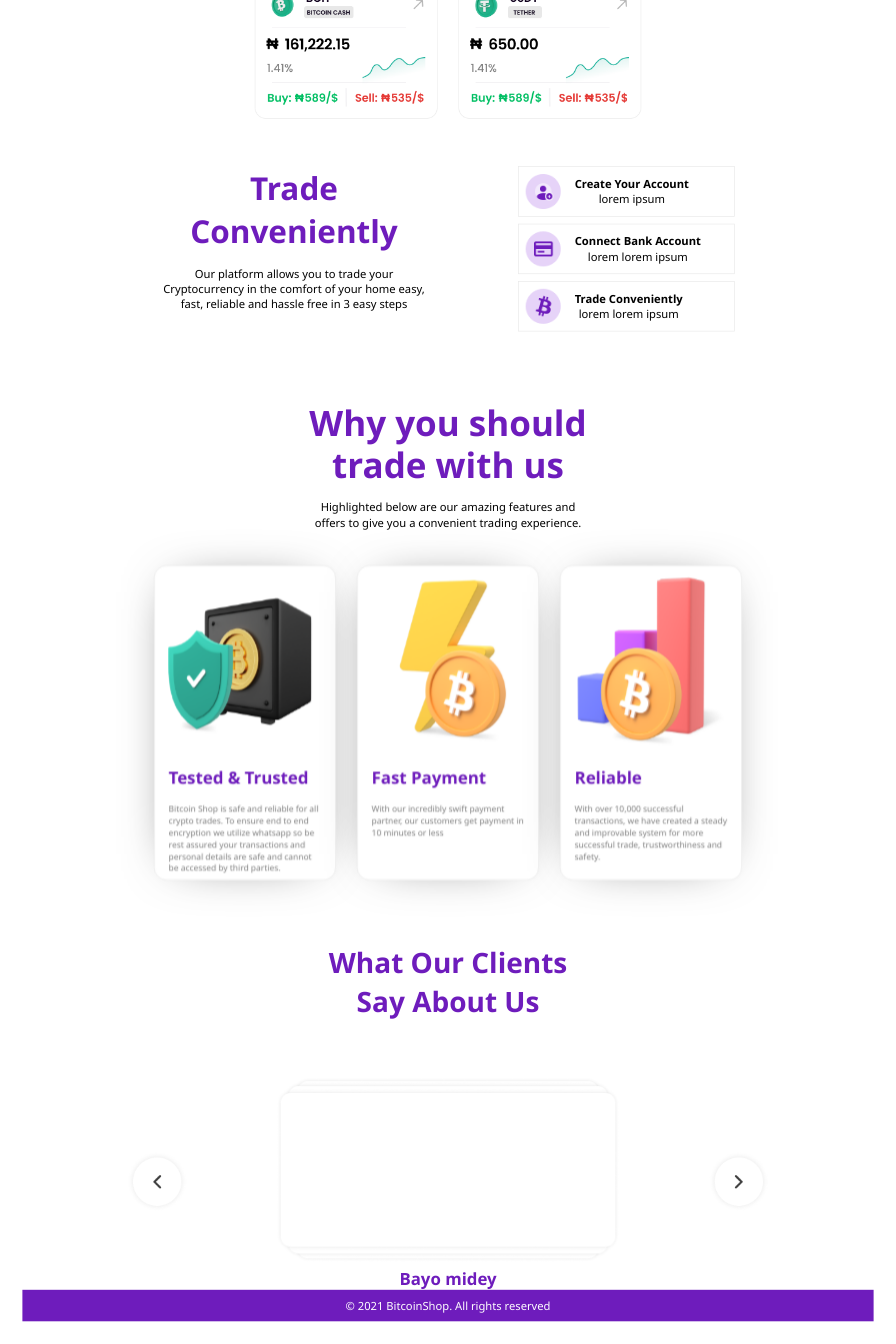
Repository: akinmiday/bitcoinshop-website
Page: /
These files come from the project's save history. The page is drawn as it stood at one moment and after the next save; the edit follows.
The browser window is 1280 px wide. The pictures show the part of the page from y = 861 to 2781 px (the page is 2781 px tall before and 2773 px after), at 70% of full size.
The project was rebuilt for these pictures with package versions that can differ from the ones it lists, and the page was loaded fresh each time. Also part of the build but not shown: vite.config.js.

Above is the page before, as saved 2023-07-10 20:16:57.

### src/App.jsx
import React from 'react'
import { Route, createBrowserRouter, RouterProvider, createRoutesFromElements } from "react-router-dom"
import './App.css'
import Layout from './components/layout'
import TitlePage from './pages/title'
import Rates from './pages/rates'



const router = createBrowserRouter(createRoutesFromElements(
  <Route path='/' element={<Layout />} >
    <Route index element={<TitlePage />} />
    <Route element={<Rates />} />

  </Route>
))

function App() {

  return (
    <RouterProvider router={router} />
  )
}

export default App

### src/index.css
*{
    margin: 0;
    padding: 0;
    box-sizing: border-box;
    font-family: 'Segoe UI', Tahoma, Geneva, Verdana, sans-serif ;
}

.header{
    display: flex;
    color:#6E1CBC;
    display: flex;
    align-items: center;
    border-bottom: #EAEAEA solid 1px;
    height: 60px;
    flex-shrink: 0;
    justify-content: space-between;
    padding: 20px;
}


.right-side-header{
    display: flex;
    align-items: center;
    font-weight: 500;
}

.right-side-header > img{
    padding: 10px;
    height: 44px;

}

.shop-logo{
    color:#FFCC00 ;
}


.middle-section-header {
    display: flex;
    justify-content: center;
    align-items: center;
    gap: 20px;
}

.right-side-header >button {
    background-color: #6E1CBC;
    color: #ffffff;
    padding: 5px 10px;
    border-radius: 8px;
}

.footer{
    background-color: #6E1CBC;
    color: #ffffff;
    display: flex;
    justify-content: center;
    align-items: center;
    margin-top: auto;
    flex-shrink: 0;
    height: 45px;
}

.title-section{
    display: flex;
    padding: 30px;
    height: 400px;
    justify-content: space-around;

}



.left-side-title{
    width: 450px;
    padding: 20px;
}

.left-side-title > h1{
    color: #6E1CBC;
    font-size: 62px;
    font-style: normal;
    font-weight: 700;
    line-height: 78px;


}

.left-side-title > p{
    font-size: 18px;
    padding: 20px 0;
}

.left-side-title >button{
    color: #ffffff;
    background-color: #6E1CBC;
    padding: 5px 10px;
    border-radius: 7px;
    text-align: center;
}

.rates-section{
    color: #6E1CBC;
    text-align: center;
    font-size: 26px;
}

.rates-section h1 {
    padding: 20px;
}

.rates-section img{
    height: 200px;
}


.top-row-rates-section {
    display: flex;
    justify-content: center;
    margin-bottom: 20px;
    gap: 30px;
  }

  .bottom-row-rates-section {
    display: flex;
    justify-content: center;
    gap: 30px;
  }

  .trade-section{
    margin-top: 30px;
    display: flex;
    justify-content: center;
    align-items: flex-start;
    gap: 110px;
    flex-shrink: 0;
    padding: 20px;
  }

  .left-trade-section{
    width: 400px;

  }

  .left-trade-section h1 {
    color: #6E1CBC;
    font-size: 45px;
    padding: 10px;
  }

  .left-trade-section p{
    padding: 10px;
  }

  .trade-link-section >div{
    display: flex;
    align-items: center;
    width: 310px;
    padding: 10px;
    margin: 10px;
    border: #EAEAEA 1px solid;
  }

  .trade-link-section > div >img{
    height: 50px;
    margin-right: 20px;
  }
  .trade-with-us{
    text-align: center;

    margin-top: 50px;
  }

  .trade-with-us-heading > h1{
    color: #6E1CBC;
    font-size: 50px;
    line-height: 60px;
    padding: 20px;
  }

  .trade-with-us-icon-section{
    display: flex;
    margin-top: 20px;
    padding-top: 30px;
    gap: 30px;
    justify-content: center;
    align-items: center;
    padding-bottom: 20px;
  }

  .trade-with-us-icon-section >div{
    border-radius: 18px;
    border: 1px solid #EAEAEA;
    background: #FFF;
    backdrop-filter: blur(100px);
    width: 260px;
    height: 450px;
    text-align: left;
    box-shadow: -2px 0px 74px -36px rgba(0,0,0,0.71);
    -webkit-box-shadow: -2px 0px 74px -36px rgba(0,0,0,0.71);
    -moz-box-shadow: -2px 0px 74px -36px rgba(0,0,0,0.71);
  }

  .trade-with-us-icon-section div >h2{
    color: #6E1CBC;
    padding: 20px;
  }

  .trade-with-us-icon-section div >p{
    padding: 0 20px;
    font-size: 12px;
    color: #808080;
  }

  .trade-with-us-icon-section img {
    width: 250px;
    height: 250px;
    margin-top: 10px;
  }

  .carousel-area{
    display: flex;
    align-items: center;
    justify-content: center;
    gap: 20px;
    margin-top: 60px;
  }

  .review-section{
    text-align: center;
    margin-top: 50px;
    color: #6E1CBC;
  }

  .review-section h1{
    font-size: 40px;
    padding: 20px;
  }

  .review-card{
    width: 70%;

  }

### src/components/layout.jsx
import React from "react";
import { Outlet } from "react-router-dom";
import Header from "./header";
import Footer from "./footer";
import Rates from "../pages/rates";


export default function Layout() {
    return (<>
        <Header />
        <main>
            <Outlet />
        </main>
        <Footer />
    </>)
}

### src/pages/title.jsx
import React from "react";
import groupIcons from "../assets/Group-icons-title.png"
import Rates from "./rates";
import TradeSection from "./tradeSection";
import TradeWithUs from "./tradewithus";
import Reviews from "./reviews";

export default function TitlePage() {
    return (<>
        <div className="title-section" >
            <div className="left-side-title" >
                <h1>Trade your Cryptocurrency</h1>
                <p>Best and reliable platform to trade over 100 cryptocurrencies for your local Fiat</p>
                <button>Get Started</button>
            </div>
            <img src={groupIcons} />
        </div>
        <Rates />
        <TradeSection />
        <TradeWithUs />
        <Reviews />
    </>
    )
}

### src/pages/rates.jsx
import React from "react";
import btcTrend from "../assets/bitcoin-trend-Item.png"
import ethTrend from "../assets/ETH-Trend-Item.png"
import bnbTrend from "../assets/BNB-Trend-Item.png"
import bchTrend from "../assets/BCH-Trend-Item.png"
import usdtTrend from "../assets/USDT-Trend-Item.png"

export default function Rates() {
    return (
        <div className="rates-section">
            <h1>We Offer Superb Rates</h1>
            <div className="top-row-rates-section">
                <div><img src={btcTrend} /></div>
                <div><img src={ethTrend} /></div>
                <div><img src={bnbTrend} /></div>
            </div>
            <div className="bottom-row-rates-section">
                <div><img src={bchTrend} /></div>
                <div><img src={usdtTrend} /></div>
            </div>
        </div>
    );
}

### src/components/header.jsx
import React from "react";
import logoImg from "../assets/bitcoinshop-logo.png"
import lightIcon from "../assets/Light-icon.png"


export default function Header() {
    return (<div className="header" >
        <div className="right-side-header" ><img src={logoImg} />
            <h4>Bitcoin<span className="shop-logo" >Shop</span></h4>
        </div>
        <div className="middle-section-header" >
            <h4>Home</h4>
            <h4>Contact us</h4>
            <h4>About us</h4>
            <h4>FAQs</h4>
            <h4>Terms of Service</h4>
        </div>
        <div className="right-side-header" >
            <img src={lightIcon} />
            <button>Trade now</button>
        </div>


    </div>)
}

### src/components/footer.jsx
import React from "react";

export default function Footer() {
    return (<>
        <div className="footer" >&#169; 2021 BitcoinShop. All rights reserved</div>
    </>)
}

### src/pages/tradeSection.jsx
import React from "react";
import profileIcon from "../assets/profile-icon.png"
import debitCardIcon from "../assets/debit-card-icon.png"
import bitcoinIcon from "../assets/bitcoin-icon.png"

export default function TradeSection() {
    return (
        <div className="trade-section">
            <div className="left-trade-section" >
                <h1>Trade Conveniently</h1>
                <p>Our platform allows you to trade your Cryptocurrency in the comfort of your home
                    easy, fast, reliable and hassle free in 3 easy steps
                </p>
            </div>
            <div className="trade-link-section" >
                <div>
                    <img src={profileIcon} />
                    <div>
                        <h4>Create Your Account</h4>
                        <p>
                            lorem ipsum
                        </p>
                    </div>
                </div>

                <div>
                    <img src={debitCardIcon} />
                    <div>
                        <h4>Connect Bank Account</h4>
                        <p>
                            lorem lorem ipsum
                        </p>
                    </div>
                </div>

                <div>
                    <img src={bitcoinIcon} />
                    <div>
                        <h4>Trade Conveniently</h4>
                        <p>
                            lorem lorem ipsum
                        </p>
                    </div>
                </div>
            </div>
        </div>
    )
}

### src/pages/tradewithus.jsx
import React from "react";
import securedIcon from "../assets/secured.png"
import fastPaymentIcon from "../assets/fast-payment.png"
import reliableIcon from "../assets/reliable.png"

export default function TradeWithUs() {
    return (
        <div className="trade-with-us" >
            <div className="trade-with-us-heading" >
                <h1>Why you should <br /> trade with us</h1>
                <p>Highlighted below are our amazing features and <br /> offers
                    to give you a convenient trading experience.
                </p>
            </div>
            <div className="trade-with-us-icon-section" >
                <div>
                    <img src={securedIcon} />
                    <h2>Tested & Trusted</h2>
                    <p>Bitcoin Shop is safe and reliable for all crypto trades. To ensure end to end encryption we utilize whatsapp
                        so be rest assured your transactions and personal details are safe and cannot be accessed by third parties.
                    </p>
                </div>
                <div>
                    <img src={fastPaymentIcon} />
                    <h2>Fast Payment</h2>
                    <p>With our incredibly swift payment partner, our customers get payment in 10 minutes or less</p>
                </div>
                <div>
                    <img src={reliableIcon} />
                    <h2>Reliable</h2>
                    <p>With over 10,000 successful transactions, we have created a steady and improvable system for more successful trade,
                        trustworthiness and safety.
                    </p>
                </div>
            </div>
        </div>
    )
}

### src/pages/reviews.jsx
import React from "react";
import reviewCard from "../assets/review-card.png"
import toRightIcon from "../assets/to-right-carousel.png"
import toLeftIcon from "../assets/to-left-carousel.png"

export default function Reviews() {
    return (
        <div className="review-section" >
            <h1>What Our Clients<br />Say About Us</h1>

            <div className="carousel-area" >
                <div>
                    <img src={toLeftIcon} />
                </div>
                <div>
                    <img className="review-card" src={reviewCard} />
                    <h2>Bayo midey</h2>
                </div>
                <div>
                    <img src={toRightIcon} />
                </div>
            </div>

        </div>
    )
}

Loaded but not shown: src/main.jsx (common file); src/App.css (common file)

After the next save:
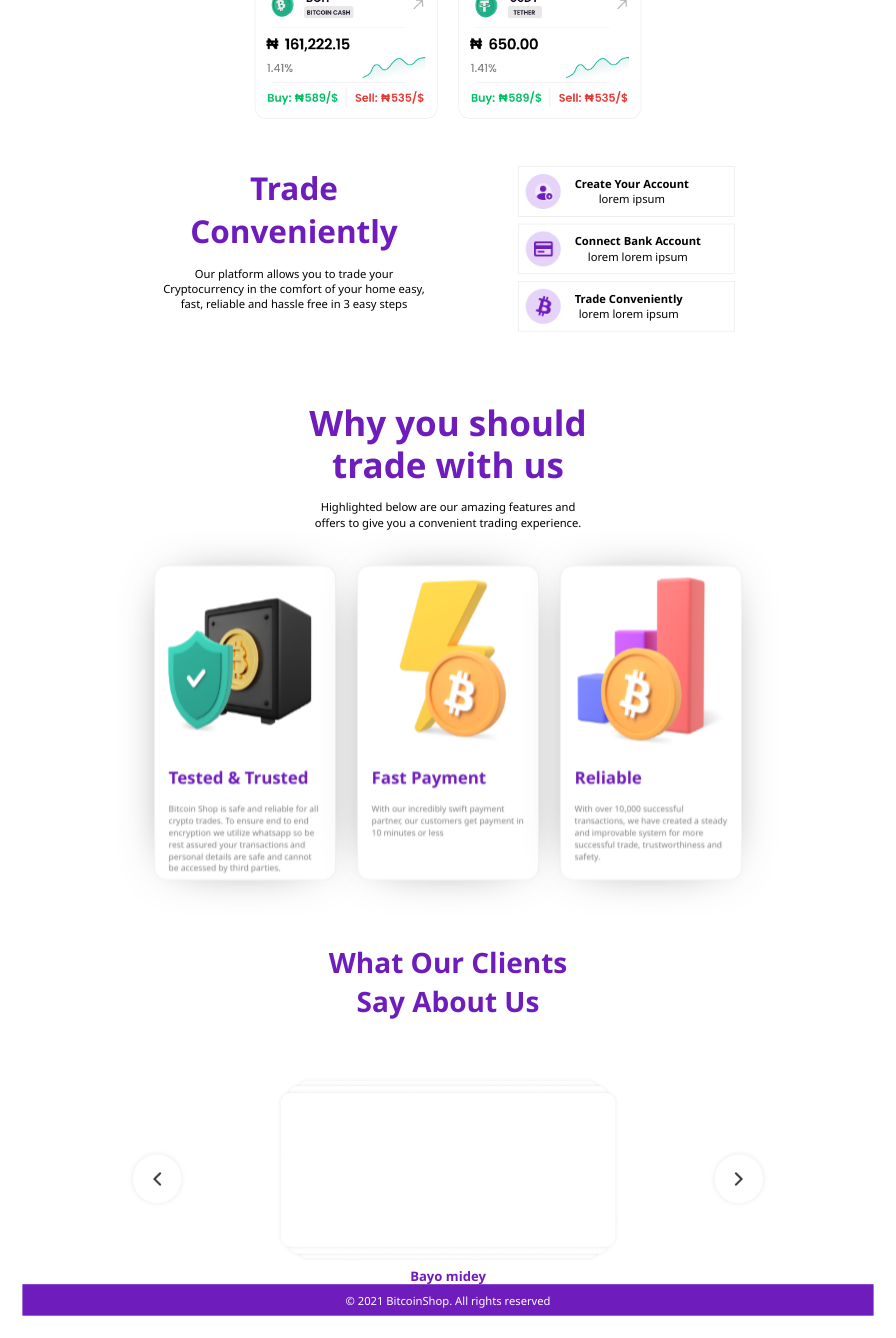
Saved 20 s later.
--- a/src/pages/reviews.jsx
+++ b/src/pages/reviews.jsx
@@ -14,7 +14,7 @@
                 </div>
                 <div>
                     <img className="review-card" src={reviewCard} />
-                    <h2>Bayo midey</h2>
+                    <h3>Bayo midey</h3>
                 </div>
                 <div>
                     <img src={toRightIcon} />

After the save that followed:
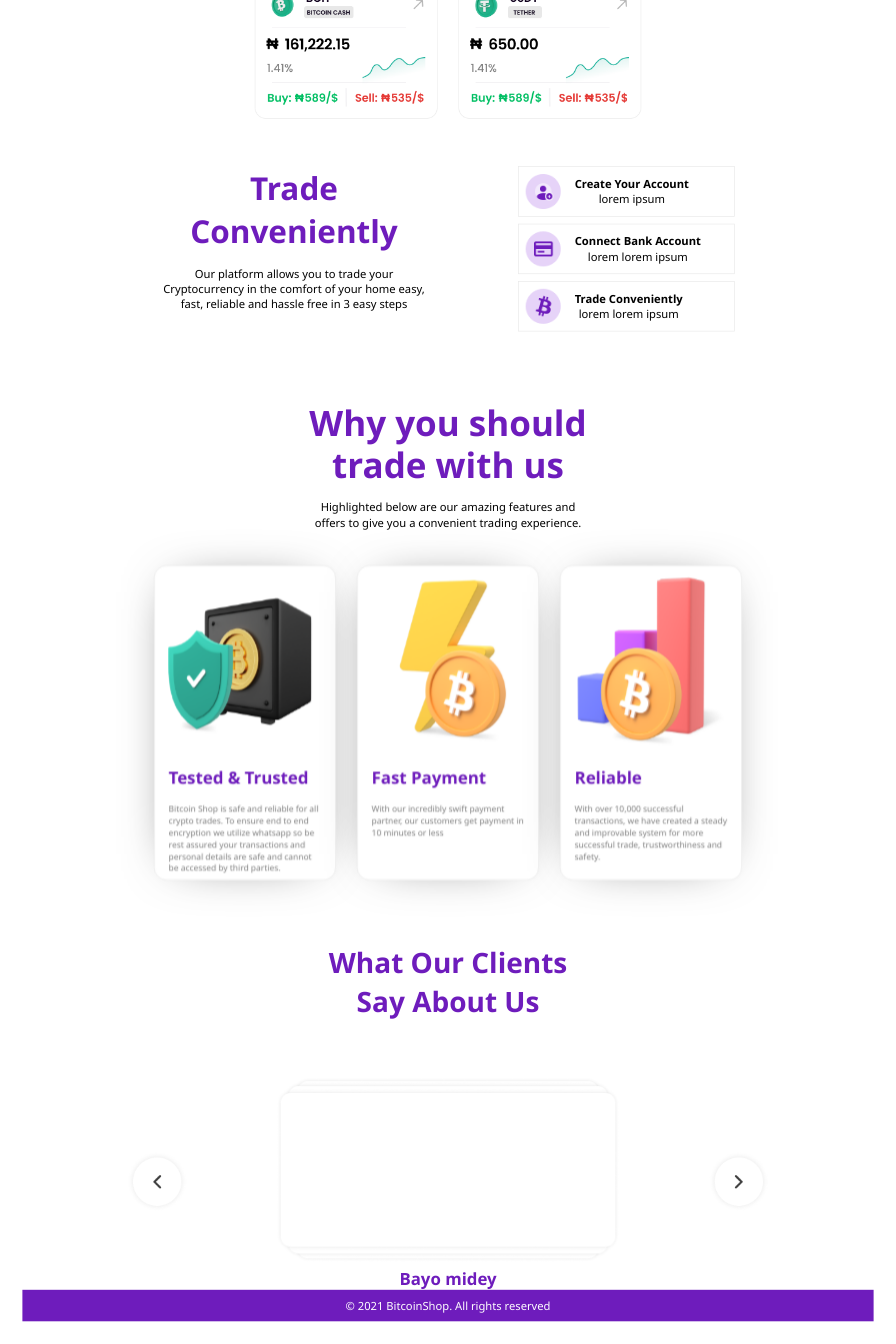
Saved 5 s later.
--- a/src/pages/reviews.jsx
+++ b/src/pages/reviews.jsx
@@ -14,7 +14,7 @@
                 </div>
                 <div>
                     <img className="review-card" src={reviewCard} />
-                    <h3>Bayo midey</h3>
+                    <h2>Bayo midey</h2>
                 </div>
                 <div>
                     <img src={toRightIcon} />
